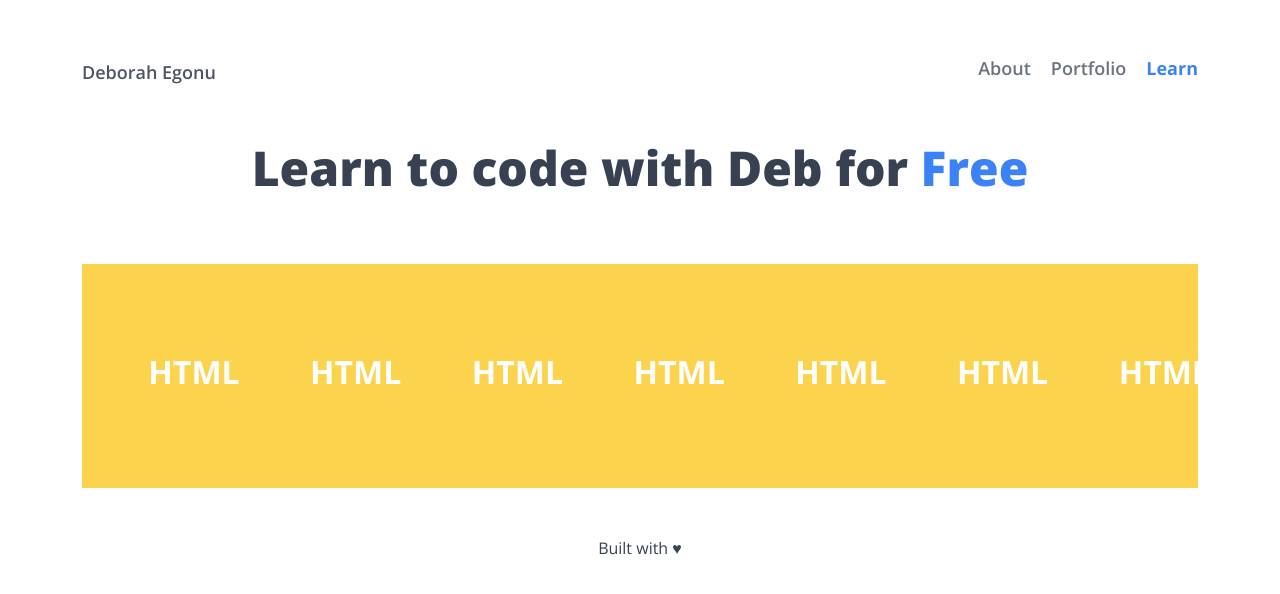
Repository: latenightsnacc/codewithdeb
Page: learn.html
The author's editor kept a copy of each file at every save. The page is drawn from the files as they stood at one save, then again after the next save.
The browser window is 1280 px wide. The pictures show the whole page.
The style sheet was rebuilt from its Sass, Less or Tailwind sources for each picture, by a compiler version that may differ from the author's.

Above is the page before, as saved 2021-06-07 12:42:35.

### learn.html
<!DOCTYPE html>
<html lang="en">
    <head>
        <meta charset="UTF-8">
        <meta http-equiv="X-UA-Compatible" content="IE=edge">
        <meta name="viewport" content="width=device-width, initial-scale=1.0">
        <!--TAILWIND CDN-->
        <link href="https://unpkg.com/tailwindcss@^2/dist/tailwind.min.css" rel="stylesheet">
        <!--BOOTSTRAP CDN-->
        <link href="https://cdn.jsdelivr.net/npm/bootstrap@5.0.1/dist/css/bootstrap.min.css" rel="stylesheet" integrity="sha384-+0n0xVW2eSR5OomGNYDnhzAbDsOXxcvSN1TPprVMTNDbiYZCxYbOOl7+AMvyTG2x" crossorigin="anonymous">
         <!--CUSTOM CSS-->
        <link rel="stylesheet" href="stylesheet.css">
        <!--Page Title-->
        <title>LEARN WITH DEBORAH EGONU</title>
    </head>
<body class="bg-white">
    <!--SPACER-->
    <div class="h-12"></div>
    <!--NAVIGATION BAR / HEADER-->
    <nav>
        <div class="container">
            <div class="flex flex-row justify-between h-12 items-center">
                <!--LOGO-->
                <a href="index.html" class="no-underline font-semibold text-gray-600 capitalize text-lg hover:text-blue-500">
                    Deborah Egonu
                </a>
                <!--MENU-->
                <ul class="flex flex-row h-100 items-center pt-2">
                    <li class="mr-5">
                        <a href="about.html" class="no-underline font-semibold text-gray-500 capitalize text-lg hover:text-blue-500">about</a>
                    </li>
                    <li class="mr-5">
                        <a href="portfolio.html" class="no-underline font-semibold text-gray-500 capitalize text-lg hover:text-blue-500">portfolio</a>
                    </li>
                    <li class="">
                        <a href="learn.html" class="no-underline font-bold text-blue-500 capitalize text-lg hover:text-blue-500">learn</a>
                    </li>
                </ul>
            </div>

        </div>
    </nav>
    <!--SPACER-->
    <div class="h-12"></div>
    <!--H1 TEXT-->
    <div class="container">
        <h1 class="text-center font-black text-2xl md:text-4xl lg:text-5xl text-gray-700">Learn to code with Deb for <span class="text-blue-500">Free</span></h1>
    </div>
    <!--SPACER-->
    <div class="h-16"></div>
    <div class="container">
        <div class="overflow-x-scroll">
            <div class="grid grid-rows-1 grid-cols-7 gap-x-4">
                <div class="bg-yellow-300 w-56 h-56 flex justify-center items-center text-center">
                    <h2 class="text-white font-bold">HTML</h2>
                </div>
                <div class="bg-yellow-300 w-56 h-56 flex justify-center items-center text-center">
                    <h2 class="text-white font-bold">HTML</h2>
                </div>
                <div class="bg-yellow-300 w-56 h-56 flex justify-center items-center text-center">
                    <h2 class="text-white font-bold">HTML</h2>
                </div>
                <div class="bg-yellow-300 w-56 h-56 flex justify-center items-center text-center">
                    <h2 class="text-white font-bold">HTML</h2>
                </div>
                <div class="bg-yellow-300 w-56 h-56 flex justify-center items-center text-center">
                    <h2 class="text-white font-bold">HTML</h2>
                </div>
                <div class="bg-yellow-300 w-56 h-56 flex justify-center items-center text-center">
                    <h2 class="text-white font-bold">HTML</h2>
                </div>
                <div class="bg-yellow-300 w-56 h-56 flex justify-center items-center text-center">
                    <h2 class="text-white font-bold">HTML</h2>
                </div>
            </div>
        </div>
    </div>
    <!--SPACER-->
    <div class="h-12"></div>
    <footer>
        <div class="container">
            <p class="text-center text-gray-700">Built with &hearts;</p>
        </div>
    </footer>
</body>
</html>

### stylesheet.scss
@import url('https://fonts.googleapis.com/css2?family=Open+Sans:wght@300;400;600;700;800&display=swap');
h1, body, a {
    font-family: 'Open Sans', sans-serif;
}

After the next save:
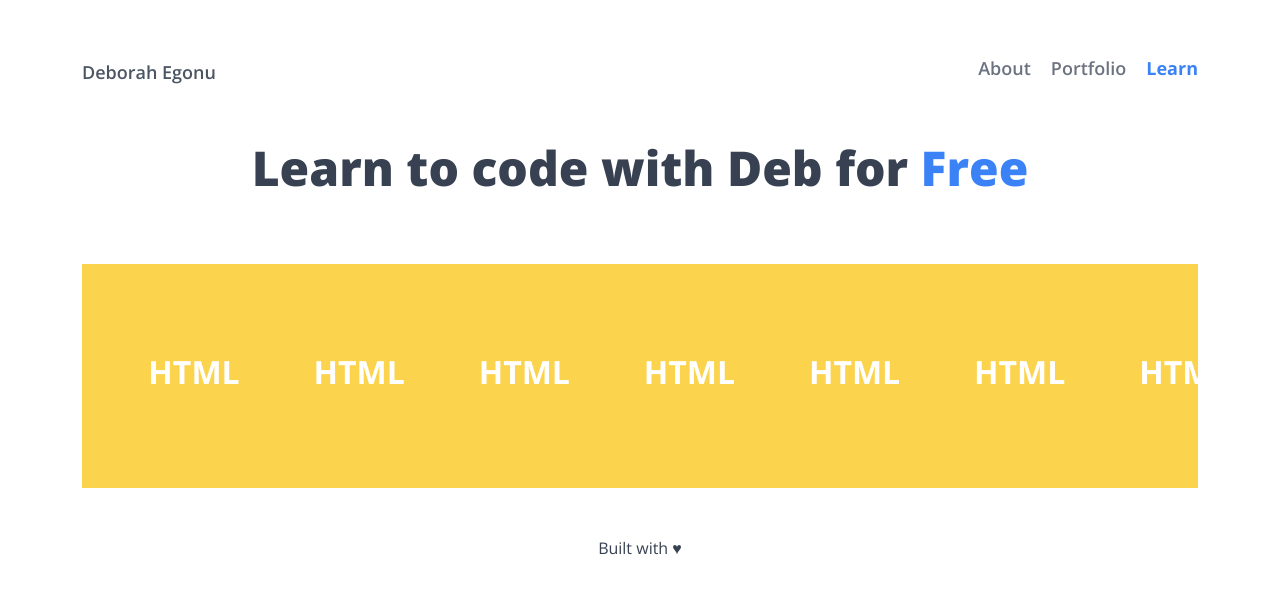
Saved 8 s later.
--- a/learn.html
+++ b/learn.html
@@ -50,7 +50,7 @@
     <div class="h-16"></div>
     <div class="container">
         <div class="overflow-x-scroll">
-            <div class="grid grid-rows-1 grid-cols-7 gap-x-4">
+            <div class="grid grid-rows-1 grid-cols-7 gap-x-10">
                 <div class="bg-yellow-300 w-56 h-56 flex justify-center items-center text-center">
                     <h2 class="text-white font-bold">HTML</h2>
                 </div>
